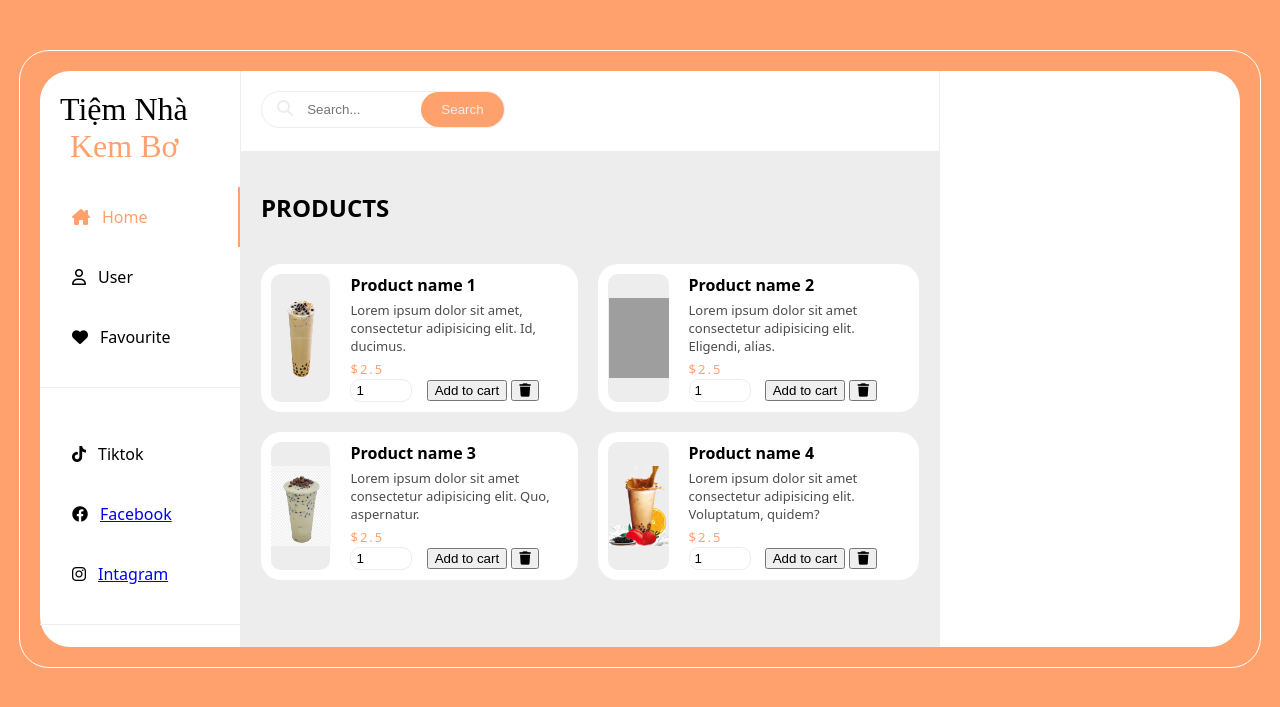
Repository: hnguyeng/tiemnhabo
Page: index.html
These files come from the project's save history. The page is drawn as it stood at one moment and after the next save; the edit follows.
The browser window is 1280 px wide. The pictures show the whole page.
Pictures or frames that could not be fetched are drawn as grey boxes.

Above is the page before, as saved 2022-12-13 16:25:32.

After the next save:
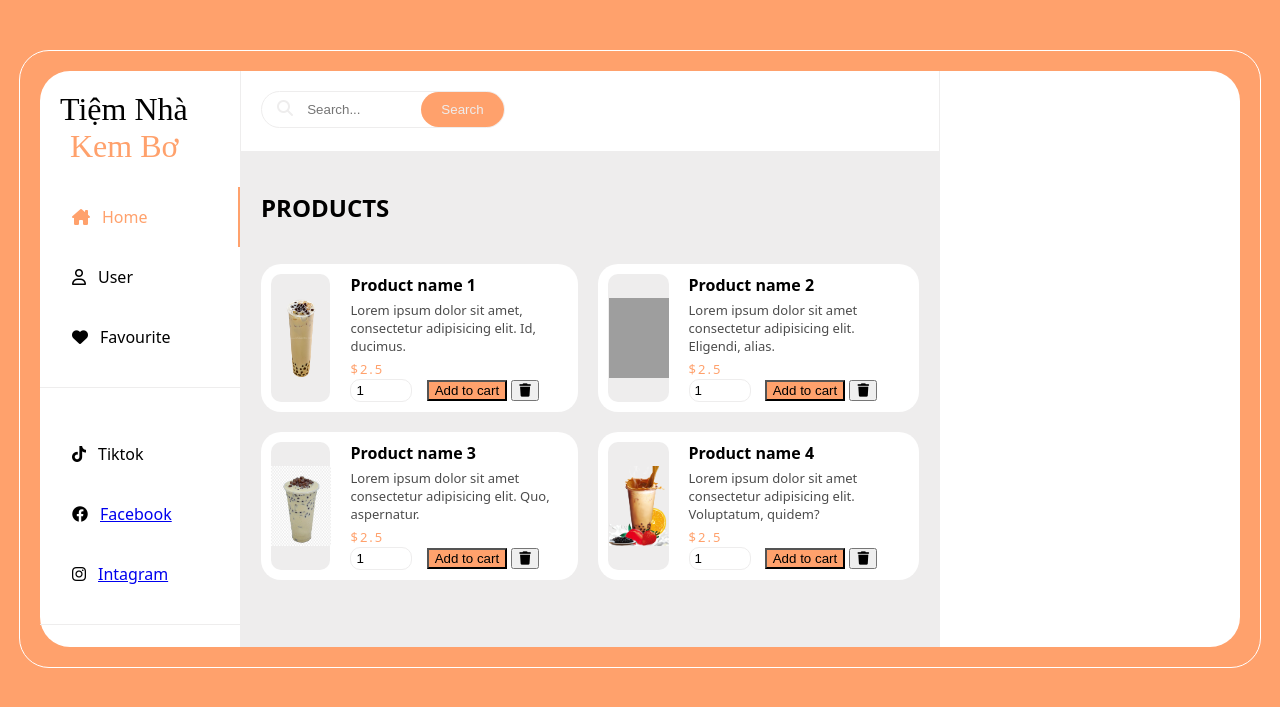
Saved 69 s later.
--- a/style.css
+++ b/style.css
@@ -146,13 +146,8 @@
    border: 1px solid var(--light);
    outline: none;
 }
-/* .item .content .add{
-   margin-top: 5px;
-  background-color: #FFA16C;
-   /* color: var(--white); */
-   /* padding: 5px 10px;
-   border: none;
-   background: 5px;
-} */
+.add{
+   background-color: #FFA16C;
+}
 
  /* end center */
